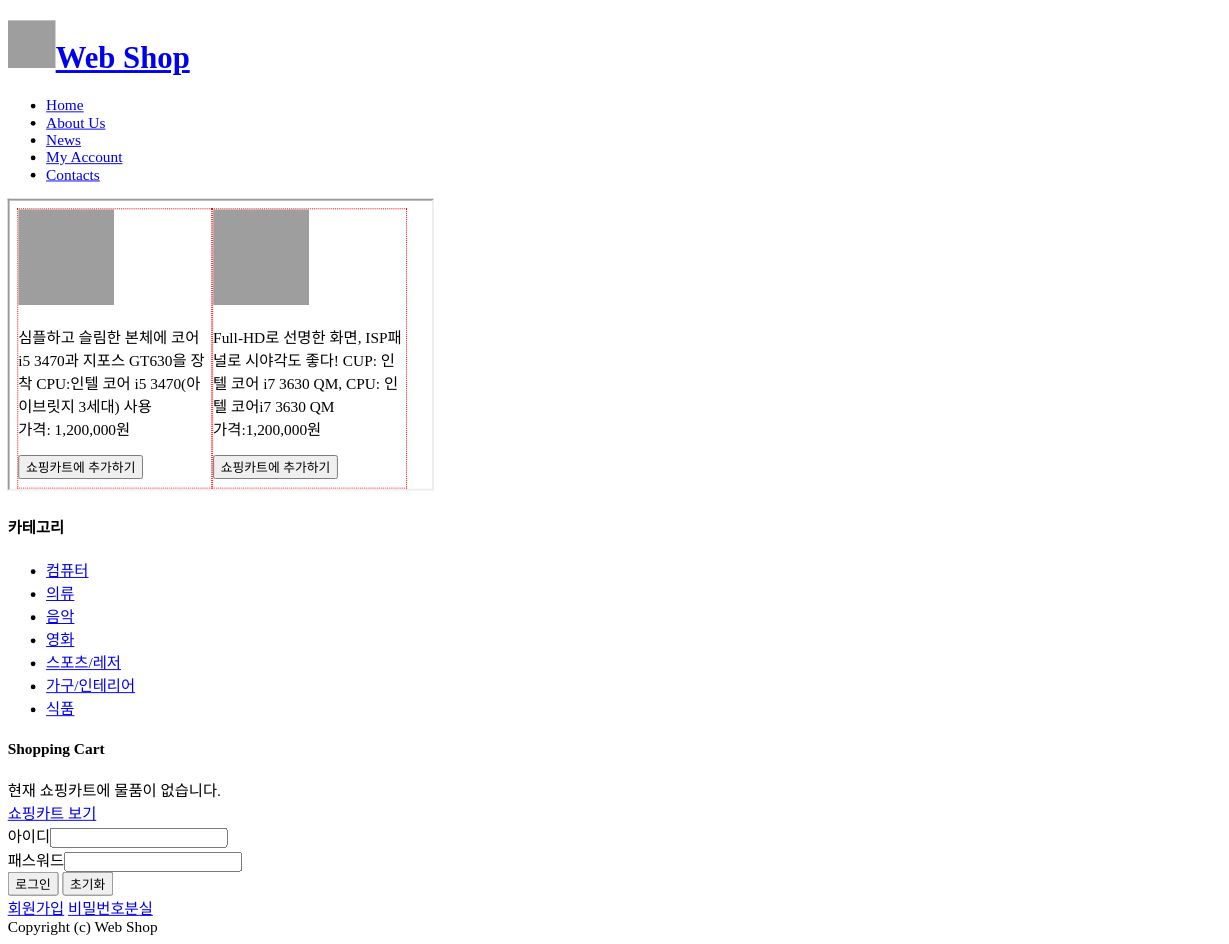
Repository: daehyeonhong/HTML
Page: ch07/WebContent/home.html
The author's editor kept a copy of each file at every save. The page is drawn from the files as they stood at one save, then again after the next save.
The browser window is 1280 px wide. The pictures show the whole page, at 96% of full size.
Pictures or frames that could not be fetched are drawn as grey boxes.

Above is the page before, as saved 2020-05-21 06:33:48.

After the next save:
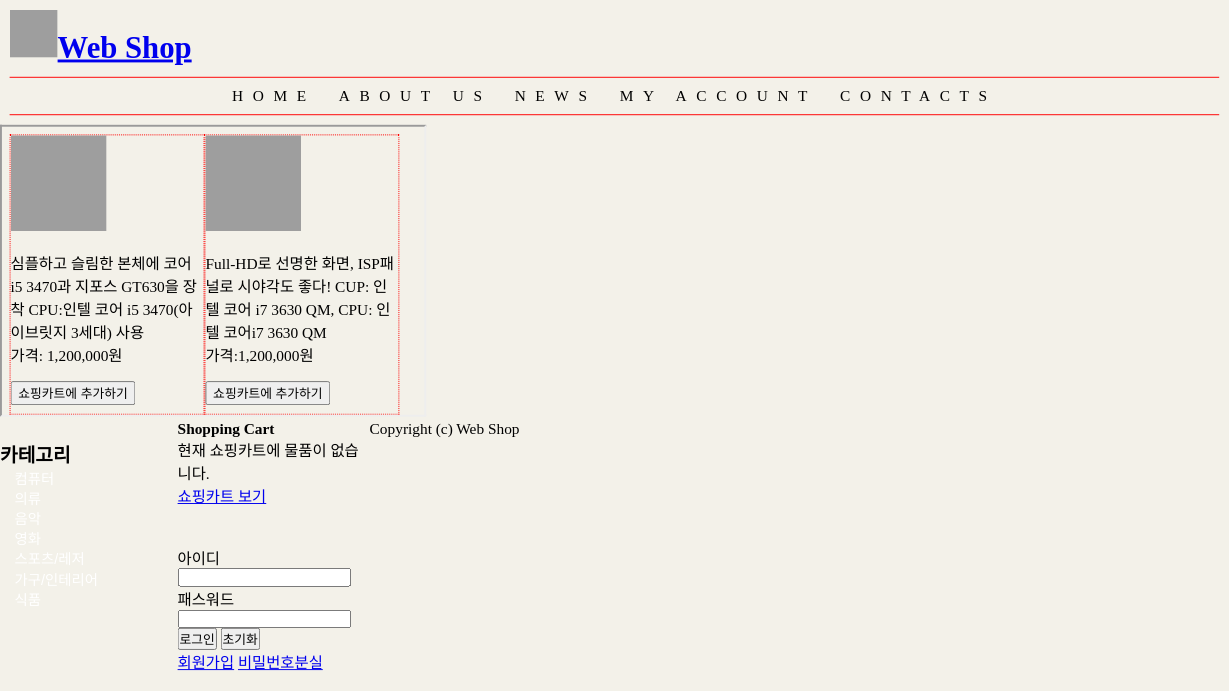
Saved 46 s later.
--- a/ch07/WebContent/home.html
+++ b/ch07/WebContent/home.html
@@ -3,6 +3,7 @@
 <head>
 <meta charset="UTF-8">
 <title>Insert title here</title>
+<link rel="stylesheet" type="text/css" href="./css/mystyle.css">
 </head>
 <body>
 	<header>
